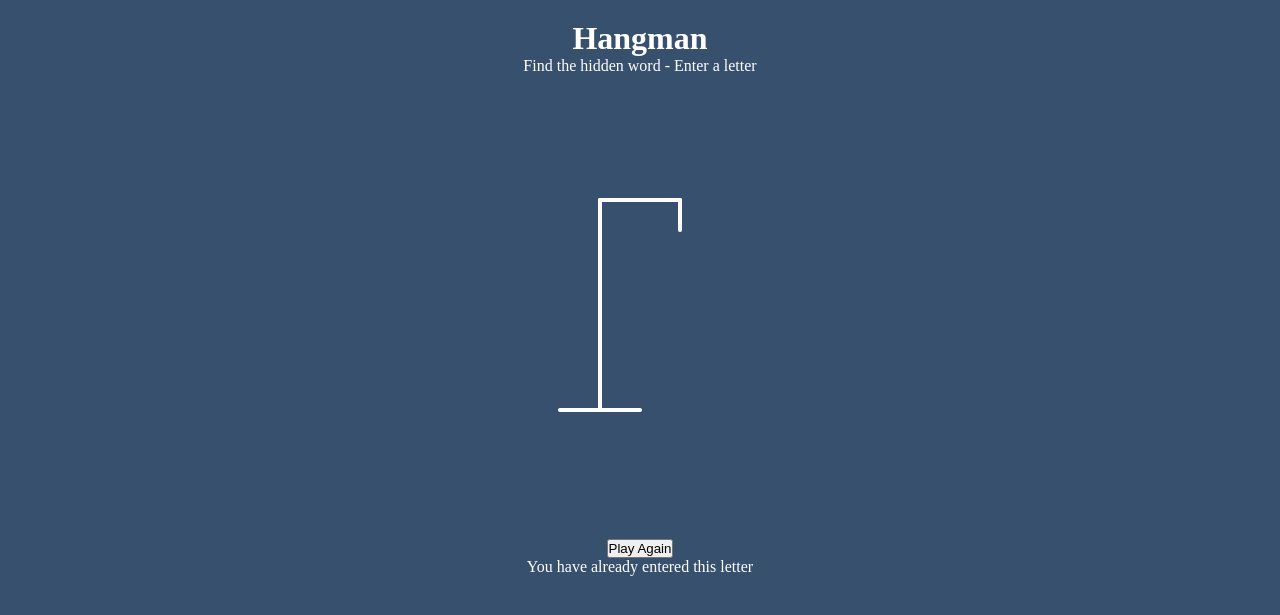
Repository: CAMPSLOPY/HangMan
Page: index.html
These files come from the project's save history. The page is drawn as it stood at one moment and after a run of saves; the edit follows.
The browser window is 1280 px wide. The pictures show the whole page.
Some web fonts or font styles are not loaded; a fallback is used.

Above is the page before, as saved 2021-01-26 15:07:30.

After the next 4 saves:
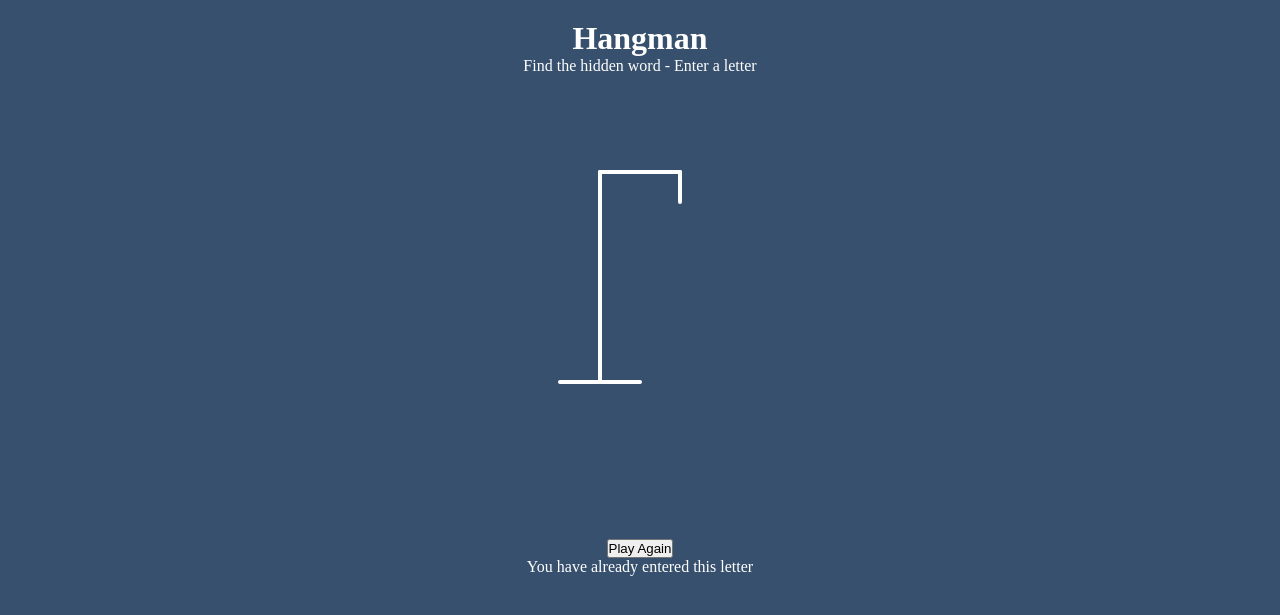
The 4 saves are shown as one change because they came seconds apart.
The last was saved 10 s later.
--- a/styles.css
+++ b/styles.css
@@ -22,6 +22,8 @@ h1 {
   padding: 20px 30px;
   position: relative;
   margin: auto;
+  height: 350px;
+  width: ;
 }
 .figure-container {
   fill: transparent;
